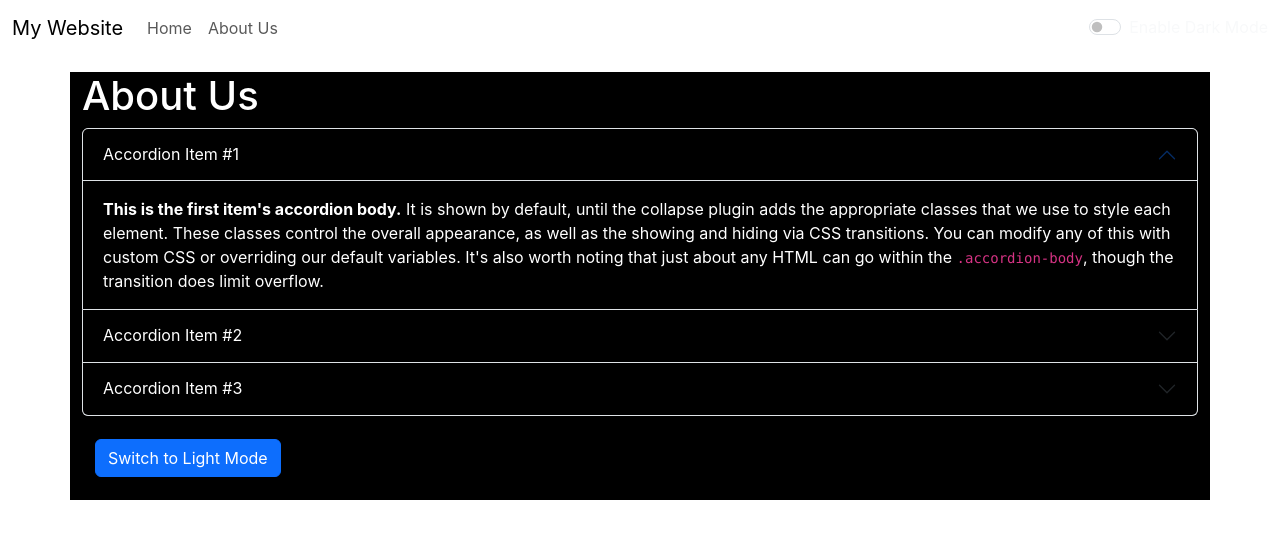
Repository: WajihaGul/Reactjs
Page: /
The author's editor kept a copy of each file at every save. The page is drawn from the files as they stood at one save, then again after the next save.
The browser window is 1280 px wide. The pictures show the whole page.
The project was rebuilt for these pictures with package versions that can differ from the ones it lists, and the page was loaded fresh each time. Also part of the build but not shown: src/App.css.

Above is the page before, as saved 2024-02-10 11:10:57.

After the next save:
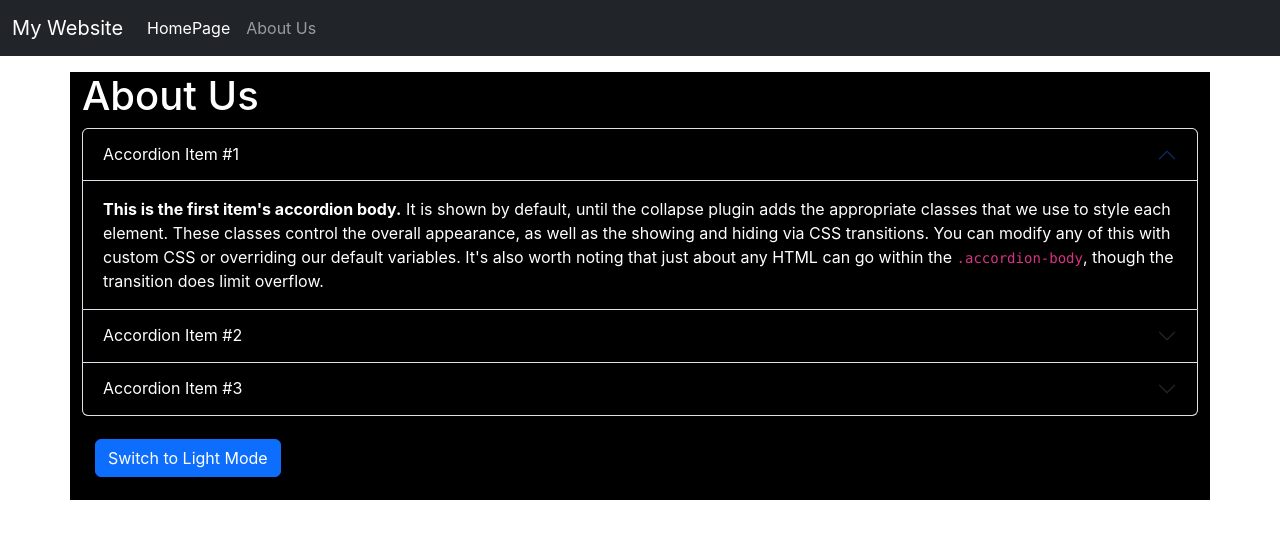
Saved 30 s later.
--- a/src/Components/Navbar.js
+++ b/src/Components/Navbar.js
@@ -1,36 +1,50 @@
-import React from 'react';
-import PropTypes from 'prop-types';
-
+import React from 'react'
+import PropTypes from 'prop-types'
 export default function Navbar(props) {
   return (
-      <nav className={`navbar navbar-expand-lg navbar-${props.mode} bg-${props.mode}`}>
-          <div className="container-fluid">
-              <span className="navbar-brand">{props.title}</span>
-              <button className="navbar-toggler" type="button" data-bs-toggle="collapse" data-bs-target="#navbarSupportedContent" aria-controls="navbarSupportedContent" aria-expanded="false" aria-label="Toggle navigation">
-                  <span className="navbar-toggler-icon"></span>
-              </button>
-              <div className="collapse navbar-collapse" id="navbarSupportedContent">
-                  <ul className="navbar-nav me-auto mb-2 mb-lg-0">
-                      <li className="nav-item">
-                          <span className="nav-link" aria-current="page">Home</span>
-                      </li>
-                      <li className="nav-item">
-                          <span className="nav-link">{props.about}</span>
-                      </li>
-                  </ul>
-                  <div className={`form-check form-switch text-${props.mode === 'light' ? 'dark' : 'light'}`}>
-                      <input className="form-check-input" onClick={props.toggleMode} type="checkbox" id="flexSwitchCheckDefault"/>
-                      <label className="form-check-label" htmlFor="flexSwitchCheckDefault">Enable Dark Mode</label>
-                  </div>
+    <nav className="navbar navbar-expand-lg navbar-dark bg-dark">
+        <div className="container-fluid">
+          <a className="navbar-brand" href="/">{props.title}</a>
+          <button className="navbar-toggler" type="button" data-bs-toggle="collapse" data-bs-target="#navbarSupportedContent" aria-controls="navbarSupportedContent" aria-expanded="false" aria-label="Toggle navigation">
+            <span className="navbar-toggler-icon"></span>
+          </button>
+          <div className="collapse navbar-collapse" id="navbarSupportedContent">
+            <ul className="navbar-nav me-auto mb-2 mb-lg-0">
+              <li className="nav-item">
+                <a className="nav-link active" aria-current="page" href="/">{props.home}</a>
+              </li>
+              <li className="nav-item">
+                <a className="nav-link" href="/">{props.about}</a>
+              </li>
+
+            </ul>
+            {/*<form className="d-flex" role="search">
+              <input className="form-control me-2" type="search" placeholder="Search" aria-label="Search"/>
+              <button className="btn btn-outline-success" type="submit">Search</button>
+            </form>
+
+            <div className="form-check form-switch">
+              <input className="form-check-input" onClick={props.switchMode} type="checkbox" role="switch" id="flexSwitchCheckDefault" />
+               <label className="form-check-label" htmlFor="flexSwitchCheckDefault">Switch Mode</label>
               </div>
+
+                <div className={`form-check form-switch text-${props.mode==='light'?'dark':'light'}`}>
+                        <input className="form-check-input" onClick={props.toggleMode} type="checkbox" id="flexSwitchCheckDefault"/>
+                        <label className="form-check-label" htmlFor="flexSwitchCheckDefault">Enable DarkMode</label>
+                    </div>
+                    */}
           </div>
+        </div>
       </nav>
-  );
+  )
 }
+Navbar.propTypes = {
+    title: PropTypes.string ,
+    about: PropTypes.string ,
+    home: PropTypes.string
+}
+Navbar.defaultProps = {
+    title : "Home",
+    about : "About",
 
-Navbar.propTypes = {
-    title: PropTypes.string,
-    about: PropTypes.string,
-    mode: PropTypes.string,
-    toggleMode: PropTypes.func
-};
+}
